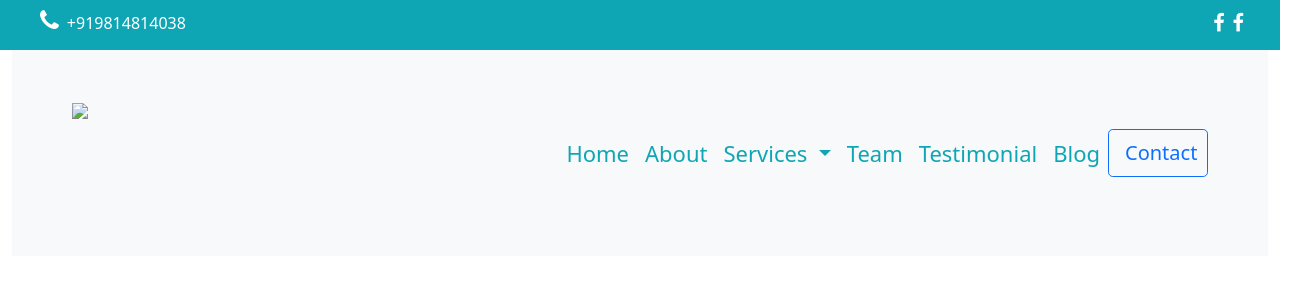
Repository: Reshu70/dental
Page: css/index.html
An editor plug-in stored every save of this project. The page is shown before and after the next save, followed by the edit.
The browser window is 1280 px wide. The page is 1280 px wide, then 1292 px, so the pictures cover 1292 px, including what lies to the right of the window. The pictures show the whole page.

Above is the page before, as saved 2024-06-05 15:43:02.
Not found: css/images/Untitled-design-3.jpg

### css/index.html
<!doctype html>
<html lang="en">
  <head>
    <!-- Required meta tags -->
    <meta charset="utf-8">
    <meta name="viewport" content="width=device-width, initial-scale=1">

    <!-- Bootstrap CSS -->
    <link href="https://cdn.jsdelivr.net/npm/bootstrap@5.0.2/dist/css/bootstrap.min.css" rel="stylesheet" integrity="sha384-EVSTQN3/azprG1Anm3QDgpJLIm9Nao0Yz1ztcQTwFspd3yD65VohhpuuCOmLASjC" crossorigin="anonymous">

    <title>Hello, world!</title>

   <!-- icon libaray -->

   <link rel="stylesheet" href="https://cdnjs.cloudflare.com/ajax/libs/font-awesome/4.7.0/css/font-awesome.min.css">

<style>
    /*topnav css*/
    .topnav a.split {
        float: right;
        color: white;
        }

</style>


  </head>
  <body>
   <div class="container-fluid">

    <!--topnav bar-->

    <div class="row text-white" style="height: 50px; background-color:rgb(14,166,180)">
        <div class="col-md-12 col-sm-12">
          <div class="topnav" style="padding-left: 20px; padding-right:20px;">
            <a
                      ><i class="mt-2 m-2 fa fa-phone" style="font-size: 24px"></i
                      >+919814814038</a
                    >
            <a href="#">
            <a href="#about" class="split m-1 pt-2"><i class="fa fa-facebook-f" style="font-size:20px;color:white;"></i></a></a>
            <a href="#about" class="split m-1 pt-2"><i class="fa fa-facebook-f" style="font-size:20px;color:white;"></i></a></a>
            </div>
        </div>
      </div>
<!--nav bar-->

   <nav class="navbar navbar-expand-lg navbar-light bg-light p-5" style="background-color: rgb(255,255,255);">
        <div class="container-fluid">
            <a class="navbar-brand" href="#">
                <img src="images/Untitled-design-3.jpg" class="img-fluid text-center mx-auto d-block" style="height: 100px;">
              </a>
          <button class="navbar-toggler" type="button" data-bs-toggle="collapse" data-bs-target="#navbarSupportedContent" aria-controls="navbarSupportedContent" aria-expanded="false" aria-label="Toggle navigation">
            <span class="navbar-toggler-icon"></span>
          </button>
          <div class="collapse navbar-collapse" id="navbarSupportedContent">
            <ul class="navbar-nav ms-auto mb-2 mb-lg-0">
              <li class="nav-item">
                <a class="nav-link active" aria-current="page" href="index.html" style="font-size: 22px; color:rgb(14,166,180)">Home</a>
              </li>
              <li class="nav-item">
                <a class="nav-link" href="about.html" style="font-size: 22px; color:rgb(14,166,180);">About</a>
              </li>
              <li class="nav-item dropdown">
                <a class="nav-link dropdown-toggle" href="service.html" id="navbarDropdown" role="button" data-bs-toggle="dropdown" aria-expanded="false" style="font-size: 22px; color:rgb(14,166,180);">
                  Services
                </a>
                <ul class="dropdown-menu" aria-labelledby="navbarDropdown">
                  <li><a class="dropdown-item" href="servicepage1.html">Root Canal Treatment</a></li>
                  <li><a class="dropdown-item" href="servicepage2.html"></a>Aliner Campers </li>
                  <li><hr class="dropdown-divider"></li>
                  <li><a class="dropdown-item" href="servicepage3.html">Dental Implants</a></li>
                  <li><a class="dropdown-item" href="servicepage4.html">Wires and Braces</a></li>
                </ul>
              </li>
              <li class="nav-item">
                <a class="nav-link" href="team.html" style="font-size: 22px; color:rgb(14,166,180);">Team</a>
              </li>
              <li class="nav-item">
                <a class="nav-link" href="testimoniales.html" style="font-size: 22px; color:rgb(14,166,180);">Testimonial</a>
              </li>
              <li class="nav-item">
                <a class="nav-link" href="blog.html" style="font-size: 22px; color:rgb(14,166,180);">Blog</a>
              </li>
    <a href="contact.html"><button type="button" class="btn btn-lg btn-outline-primary" style="width: 100px;" >Contact</button></a>
            </ul>
          </div>
        </div>
      </nav>



   </div> <!--main container-->

    <!-- Optional JavaScript; choose one of the two! -->

    <!-- Option 1: Bootstrap Bundle with Popper -->
    <script src="https://cdn.jsdelivr.net/npm/bootstrap@5.0.2/dist/js/bootstrap.bundle.min.js" integrity="sha384-MrcW6ZMFYlzcLA8Nl+NtUVF0sA7MsXsP1UyJoMp4YLEuNSfAP+JcXn/tWtIaxVXM" crossorigin="anonymous"></script>

    <!-- Option 2: Separate Popper and Bootstrap JS -->
    <!--
    <script src="https://cdn.jsdelivr.net/npm/@popperjs/core@2.9.2/dist/umd/popper.min.js" integrity="sha384-IQsoLXl5PILFhosVNubq5LC7Qb9DXgDA9i+tQ8Zj3iwWAwPtgFTxbJ8NT4GN1R8p" crossorigin="anonymous"></script>
    <script src="https://cdn.jsdelivr.net/npm/bootstrap@5.0.2/dist/js/bootstrap.min.js" integrity="sha384-cVKIPhGWiC2Al4u+LWgxfKTRIcfu0JTxR+EQDz/bgldoEyl4H0zUF0QKbrJ0EcQF" crossorigin="anonymous"></script>
    -->
  </body>
</html>

After the next save:
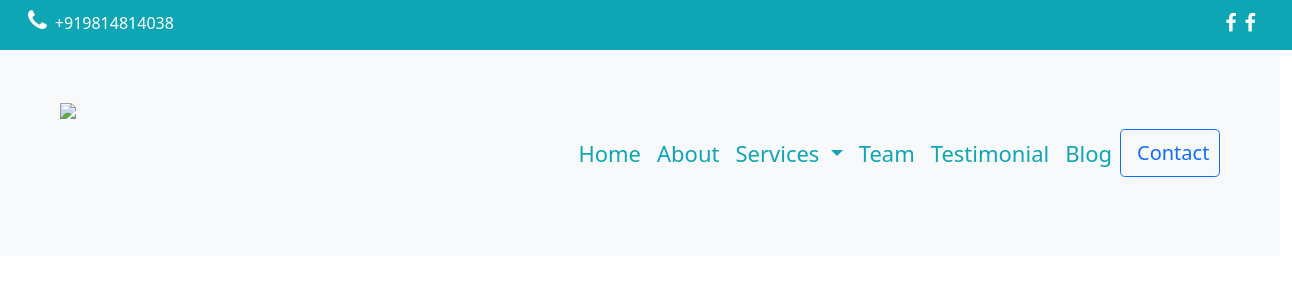
Saved 47 s later.
--- a/css/index.html
+++ b/css/index.html
@@ -26,7 +26,6 @@
 
   </head>
   <body>
-   <div class="container-fluid">
 
     <!--topnav bar-->
 
@@ -90,7 +89,7 @@
 
 
 
-   </div> <!--main container-->
+
 
     <!-- Optional JavaScript; choose one of the two! -->
 
